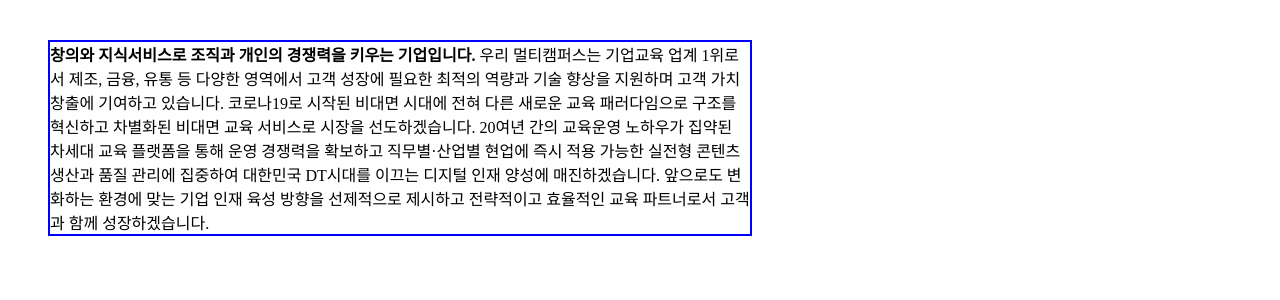
Repository: zmfhd1/Web
Page: boardtest/WebContent/WEB-INF/relative.html
The author's editor kept a copy of each file at every save. The page is drawn from the files as they stood at one save, then again after the next save.
The browser window is 1280 px wide. The pictures show the whole page.

Above is the page before, as saved 2021-08-23 00:53:49.

### boardtest/WebContent/WEB-INF/relative.html
<!DOCTYPE html>
<head>
  <meta charset="UTF-8">
  <title>Document</title>
  <style type="text/css">
  .content{
  border : 2px solid blue;
  width : 700px;
  margin: 40px;
  top : 20px;
  left : 20px;

  }
  </style>
</head>

<body>
    <div class="content">
      <div class="text">
        <b>창의와 지식서비스로 조직과 개인의 경쟁력을 키우는 기업입니다.</b>
        우리 멀티캠퍼스는 기업교육 업계 1위로서 제조, 금융, 유통 등 다양한 영역에서 고객 성장에 필요한 최적의 역량과 기술 향상을 지원하며 고객 가치 창출에 기여하고 있습니다.
	코로나19로 시작된 비대면 시대에 전혀 다른 새로운 교육 패러다임으로 구조를 혁신하고 차별화된 비대면 교육 서비스로 시장을 선도하겠습니다.
	20여년 간의 교육운영 노하우가 집약된 차세대 교육 플랫폼을 통해 운영 경쟁력을 확보하고 직무별·산업별 현업에 즉시 적용 가능한 실전형 콘텐츠 생산과 품질 관리에 집중하여 대한민국 DT시대를 이끄는 디지털 인재 양성에 매진하겠습니다.
	앞으로도 변화하는 환경에 맞는 기업 인재 육성 방향을 선제적으로 제시하고 전략적이고 효율적인 교육 파트너로서 고객과 함께 성장하겠습니다.
      </div>
    </div>
</body>
</html>

After the next save:
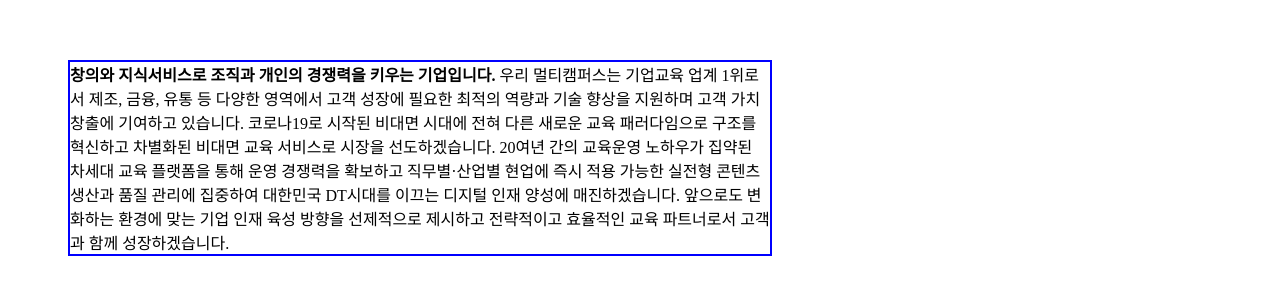
Saved 85 s later.
--- a/boardtest/WebContent/WEB-INF/relative.html
+++ b/boardtest/WebContent/WEB-INF/relative.html
@@ -7,6 +7,7 @@
   border : 2px solid blue;
   width : 700px;
   margin: 40px;
+   position : relative;
   top : 20px;
   left : 20px;
 
